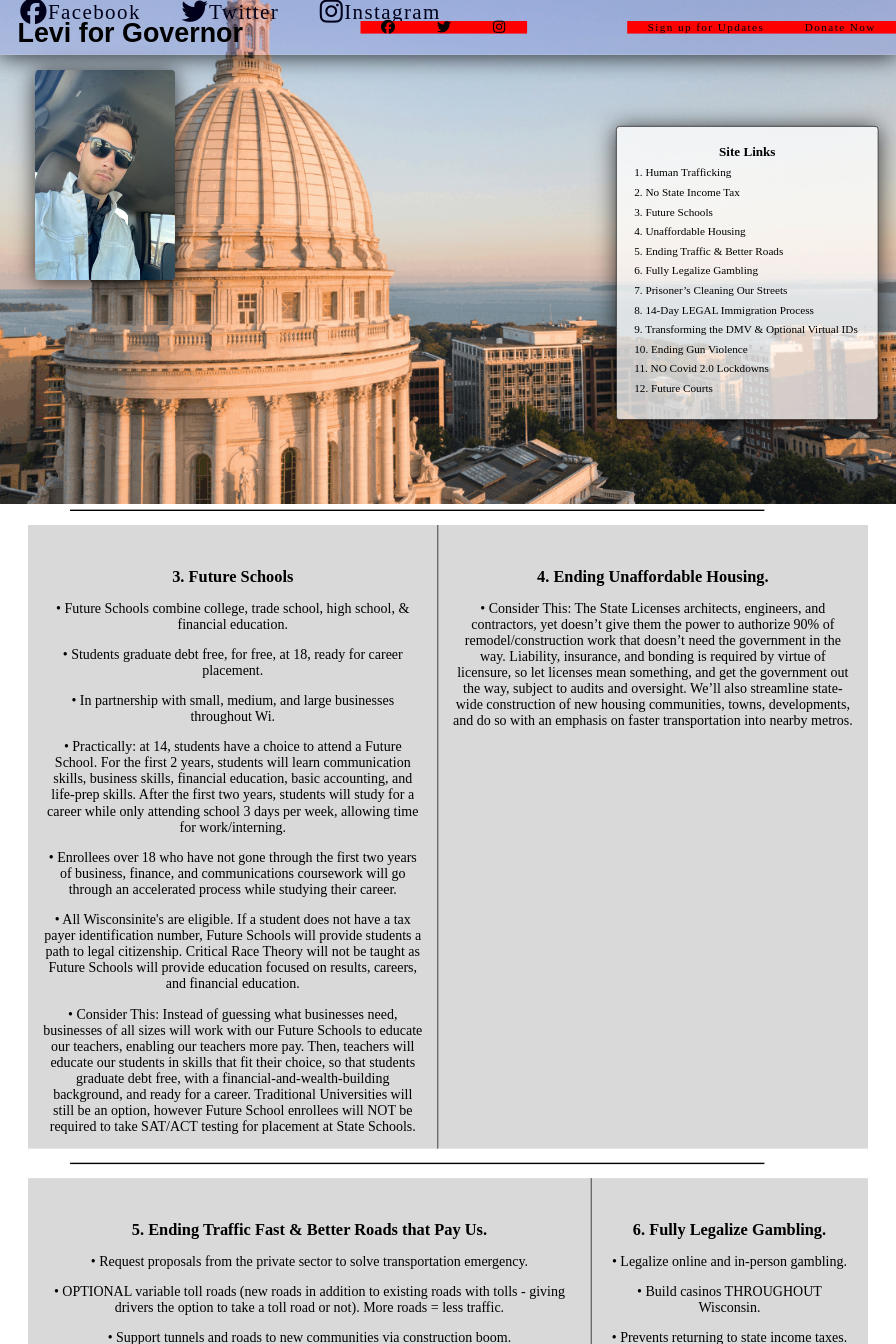
Repository: LeviCB/LeviCB.github.io
Page: index.html
The author's editor kept a record of every edit. The page is drawn from the files as they stood at one moment, then again after the next edit.
The browser window is 1280 px wide. The pictures show the part of the page from y = 0 to 1920 px (the page is 4082 px tall before and 4057 px after), at 70% of full size.
Some web fonts or font styles are not loaded; a fallback is used. Some web libraries are served in a nearby version.

Above is the page before.
Console error: SyntaxError: Identifier 'head' has already been declared

After the next edit:
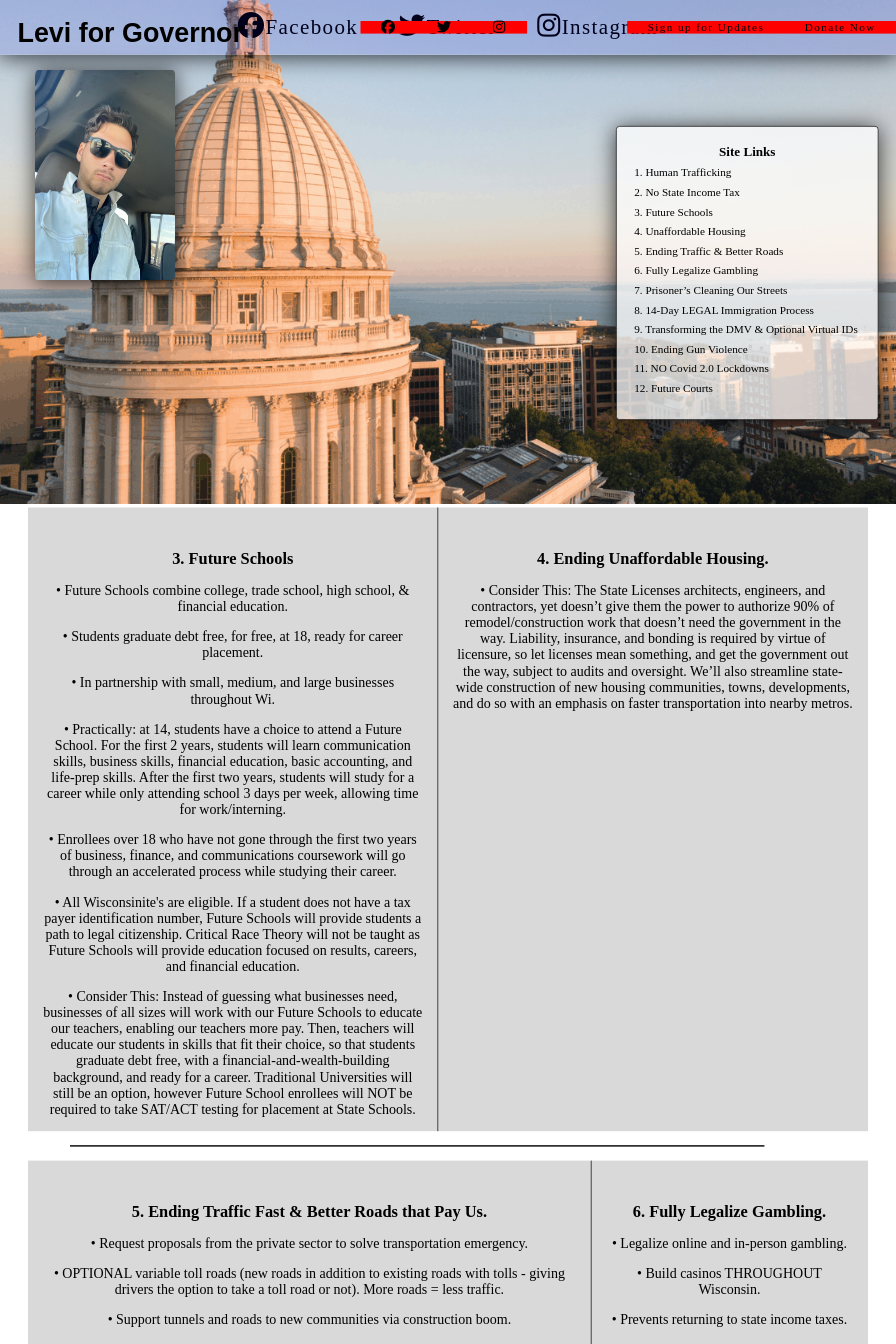
The edit:
--- a/assets/css/style.css
+++ b/assets/css/style.css
@@ -95,7 +95,9 @@
  content .buttons {
    background-color: red;
    width: auto;
-   height: 100px;
+   height: 75px;
+   display: flex;
+   justify-content: space-around;
  }
  content .buttons .social-buttons {
   position: ;
